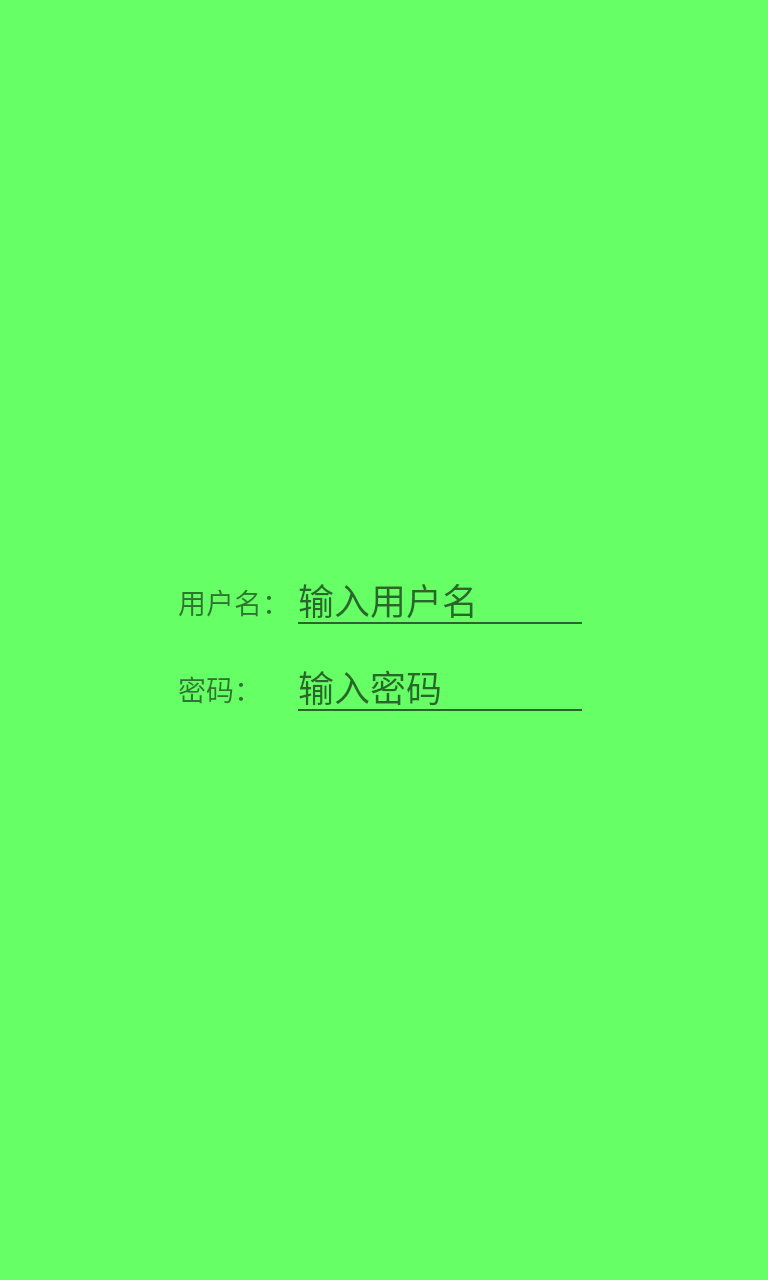
Repository: bingb89/Garbage
Layout: xml/login-demo/res/layout/activity_main.xml
These files come from the project's save history. The layout is drawn as it stood at one moment and after the next save; the edit follows.
It is drawn on a 768 x 1280 px phone screen (xhdpi) without system bars, with theme AppTheme; the app's code is not run.

Above is the layout before, as saved 2015-12-25 02:33:01.

After the next save:
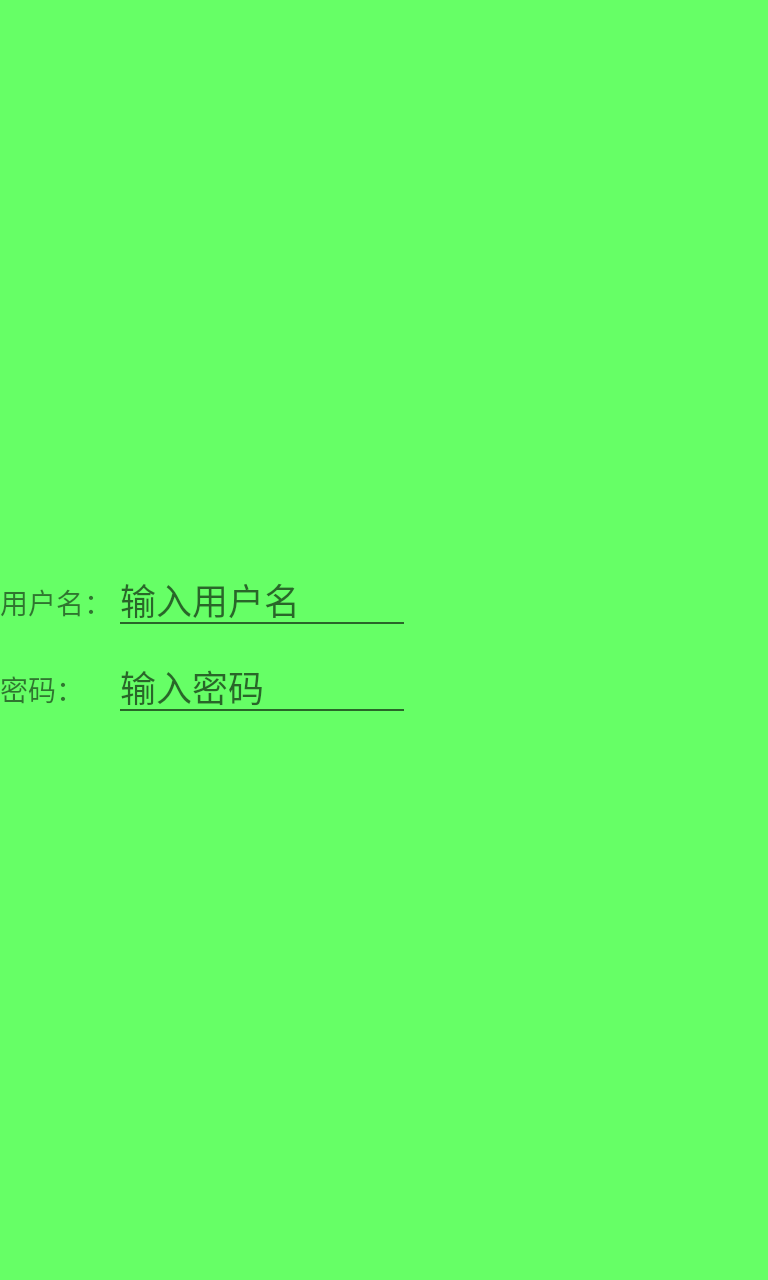
Saved 21 s later.
--- a/xml/login-demo/res/layout/activity_main.xml
+++ b/xml/login-demo/res/layout/activity_main.xml
@@ -5,11 +5,10 @@
     android:layout_width="fill_parent"
     android:layout_height="fill_parent"
     android:background="#66ff66"
-    android:gravity="center_vertical"
-    android:stretchColumns="0,3" >
+    android:gravity="center_vertical">
 
     <TableRow>
-		<TextView />
+
         <TextView
             android:id="@+id/text1"
             android:layout_width="wrap_content"
@@ -22,11 +21,10 @@
             android:layout_height="wrap_content"
             android:minWidth="150dp"
             android:hint="@string/name_hint" />
-        <TextView />
     </TableRow>
 
     <TableRow>
-		<TextView />
+
         <TextView
             android:id="@+id/text2"
             android:layout_width="wrap_content"
@@ -39,7 +37,6 @@
             android:layout_height="wrap_content"
             android:minWidth="150dp"
             android:hint="@string/pass_hint" />
-        <TextView />
     </TableRow>
 
 </TableLayout>
